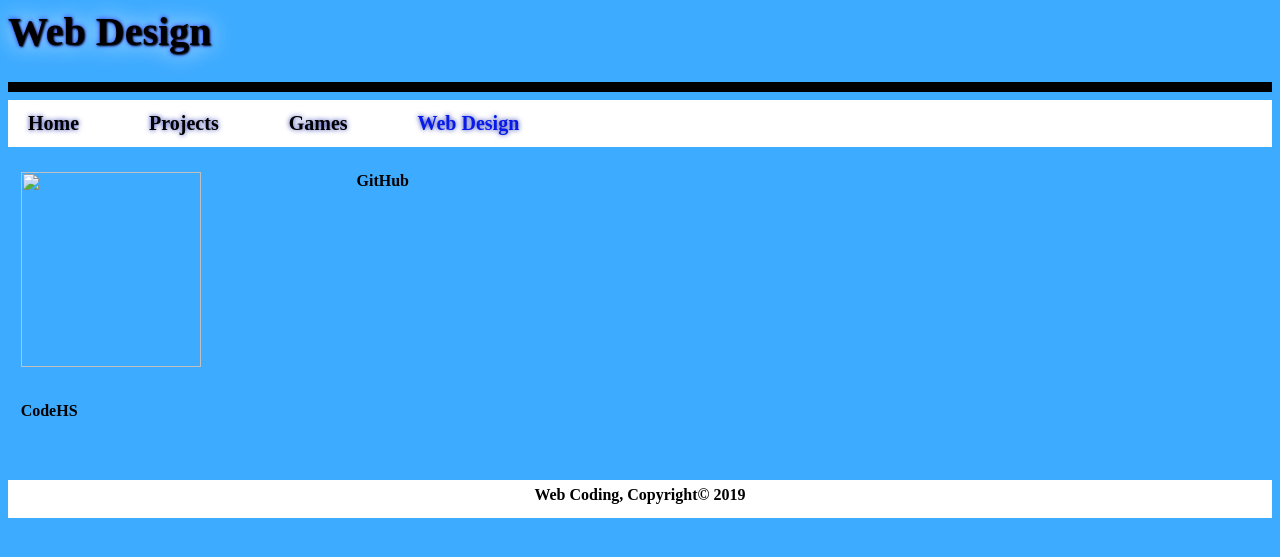
Repository: raidrn/raidrn.github.io
Page: web.html
The author's editor kept a record of every edit. The page is drawn from the files as they stood at one moment, then again after the next edit.
The browser window is 1280 px wide. The pictures show the whole page.

Above is the page before.

### web.html
<html>
<head>
        <title>Web Design Lessons</title>
        <link rel="stylesheet" href="/styles/style.css">

        <link rel="stylesheet" type="text/css" href="style.css">

        <link rel="shortcut icon" href="https://codehs.com/uploads/91969211844749ea05a8364258afeb34">
        <!Comment "Website Favicon">
</head>

<body>

    <h1 style="color:#000000; font-size:250%;"><b>Web Design</b></h1>
    <hr class="thick">

    <header>
        <div>
            <nav><!Comment "The Navigation Bar">
                <ul>

                    <li><a href="index.html">Home</a></li>
                    <li><a href="projects.html">Projects</a></li>
                    <li><a href="gamer.html">Games</a></li>
                    <li><a class="turon" href="web.html">Web Design</a></li>

                </ul>
            </nav>
        </div>
    </header>

    <div class="webless">
        <a href="codehs.com/"><img src=""></a>
        <a href="codehs.com/">CodeHS</a>
    </div>

    <div class="webless">
        <a><img></a>
        <a>GitHub</a>
    </div>


</body>

<footer>
    <div class="copyright">
        <nav>
                <p>Web Coding, Copyright© 2019</p>
        </nav>
    </div>
</footer>
</html>

### style.css
body{
    background-color:#3dabff;
}

h1{
     text-shadow: 1px 1px 2px black, 0 0 25px white, 0 0 5px blue;
}

a{
      text-decoration:none;
    }

.thick{
    border:5px solid black;
}

nav li{
    display:inline-block;
    float:left;
    color:#000000;
    padding:12px 20px;
    padding-right:50px;
}
nav a{
    font-size:20px;
    color:#000000;
    font-family:cursive;
    font-weight:bold;
    text-shadow:0 0 5px #2732ab;
}
nav ul{
    padding-left:30;
    margin:0;
    padding:0;
    overflow:hidden;
    list-style-type:none;
    background-color:white;
}

li:hover{
      background-color:#1c60e8;
      font-weight:bold;
}
li:active{
    color:#000000; text-decoration:underline;
}

.turon{
    color:#071ae8;
}

.project {
    background-color: #80b9ff;
	font-size:100%;
	padding: 1%;
	width: 250px;
	height: 270px;
	float: left;
	border-radius: 10px;
    margin-right:4.8%;
	margin-top:1%;
	margin-bottom:1%;

}
.project a{
    color:#3b55eb;
    text-decoration:none;
    font-weight:bold;
    font-family:cursive;
}
.project img{
    width:85%;
}

.project a:hover{
    font-size:120%;
}

.gamer{
    background-color: #80b9ff;
	font-size:100%;
	padding: 1%;
	width: 250px;
	height: 270px;
	float: left;
	border-radius: 10px;
    margin-right:4.8%;
	margin-top:1%;
	margin-bottom:1%;
}

.gamer a{
    color:black;
    text-decoration:none;
    font-weight:bold;
    font-family:cursive;
}
.gamer img{
    width:100%;
    margin-bottom:1%;
}

.gamer a:hover{
    font-size:120%;
    color:#002cf2;
}
.copyright p{
    background-color: white;
	font-size:100%;
	padding:.5%;
	width: 98.99%;
	height: 25px;
	float: left;
	margin-top:1%;
    text-align:center;
    font-weight:bold;
}
.webless{
    background-color: #3dabff;
	font-size:100%;
	padding: 1%;
	width: 250px;
	height: 270px;
	float: left;
	border-radius: 10px;
    margin-right:4.8%;
	margin-top:1%;
	margin-bottom:1%;
}

.webless a{
    color:#000000;
    text-decoration:none;
    font-weight:bold;
    font-family:cursive;
}

.webless img{
    width:85%;
}

.webless a:hover{
    width:120%;
}

After the next edit:
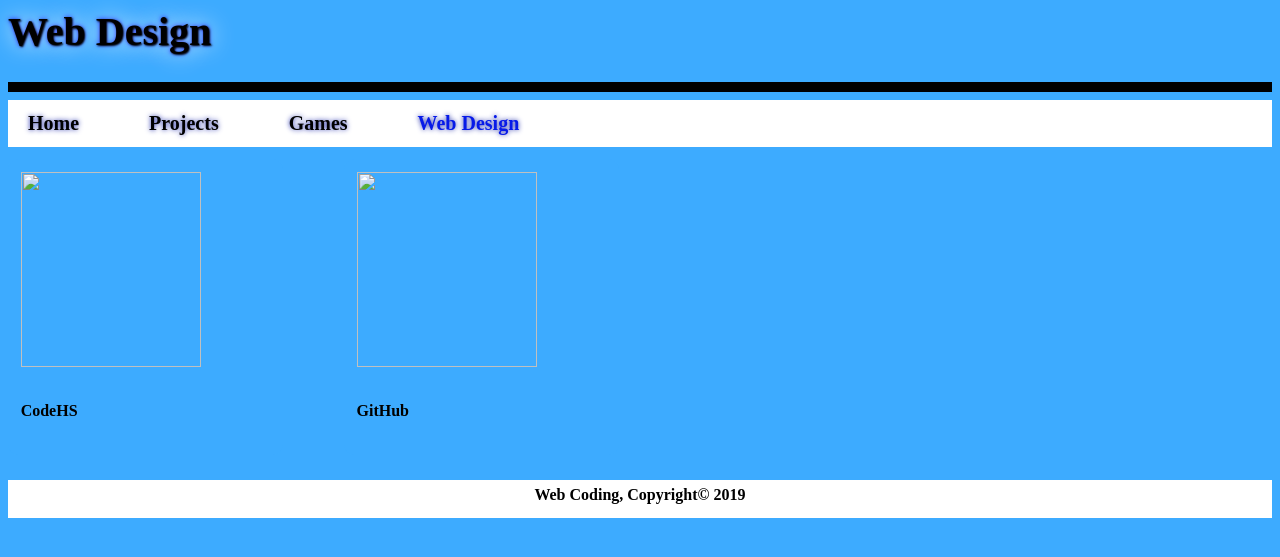
The edit:
--- a/web.html
+++ b/web.html
@@ -35,8 +35,8 @@
     </div>
 
     <div class="webless">
-        <a><img></a>
-        <a>GitHub</a>
+        <a href="github.com/"><img src=""></a>
+        <a href="github.com/">GitHub</a>
     </div>
 
 
